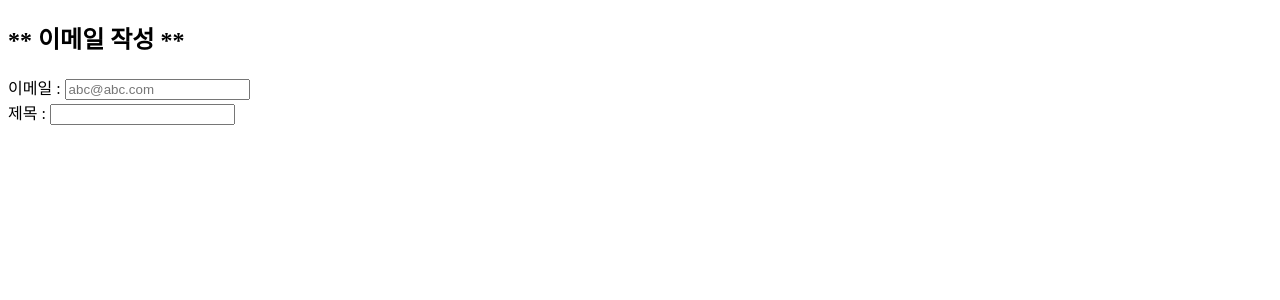
Repository: offbr/Spring
Page: http://localhost/spring_mvc23_mail/send
These files come from the project's save history. The page is drawn as it stood at one moment and after the next save; the edit follows.
The browser window is 1280 px wide. The pictures show the whole page.
The page is served by Tomcat 9. Other server files are loaded and not shown.

Above is the page before, as saved 2016-10-18 02:30:31.

### spring_mvc23_mail/src/main/webapp/WEB-INF/view/mailform.jsp
<%@ page language="java" contentType="text/html; charset=UTF-8"
    pageEncoding="UTF-8"%>
<!DOCTYPE html>
<html>
<head>
<meta http-equiv="Content-Type" content="text/html; charset=UTF-8">
<title>Insert title here</title>
</head>
<body>
<h2>** 이메일 작성 **</h2>
<form action="send" method="post">
이메일 : <input type="email" name="receiver" placeholder="abc@abc.com"><br>
제목 : <input type="text" name="subject"><br>
</form>
</body>
</html>

After the next save:
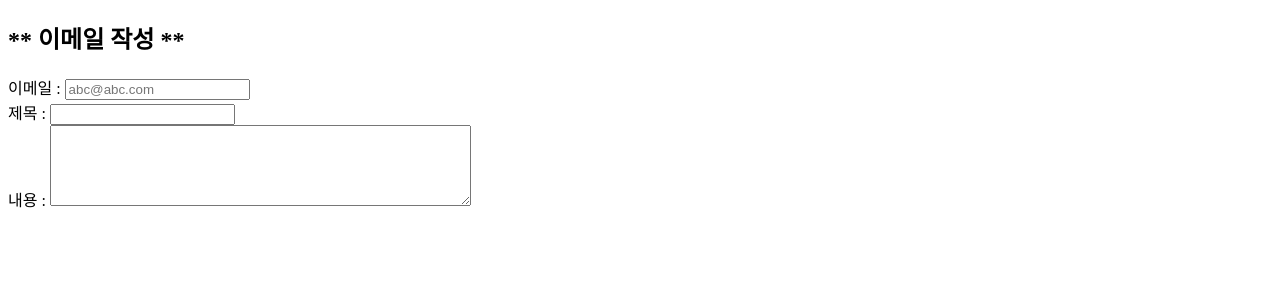
Saved 25 s later.
--- a/spring_mvc23_mail/src/main/webapp/WEB-INF/view/mailform.jsp
+++ b/spring_mvc23_mail/src/main/webapp/WEB-INF/view/mailform.jsp
@@ -11,6 +11,7 @@
 <form action="send" method="post">
 이메일 : <input type="email" name="receiver" placeholder="abc@abc.com"><br>
 제목 : <input type="text" name="subject"><br>
+내용 : <textarea rows="5" cols="50" name="content"></textarea>
 </form>
 </body>
 </html>
